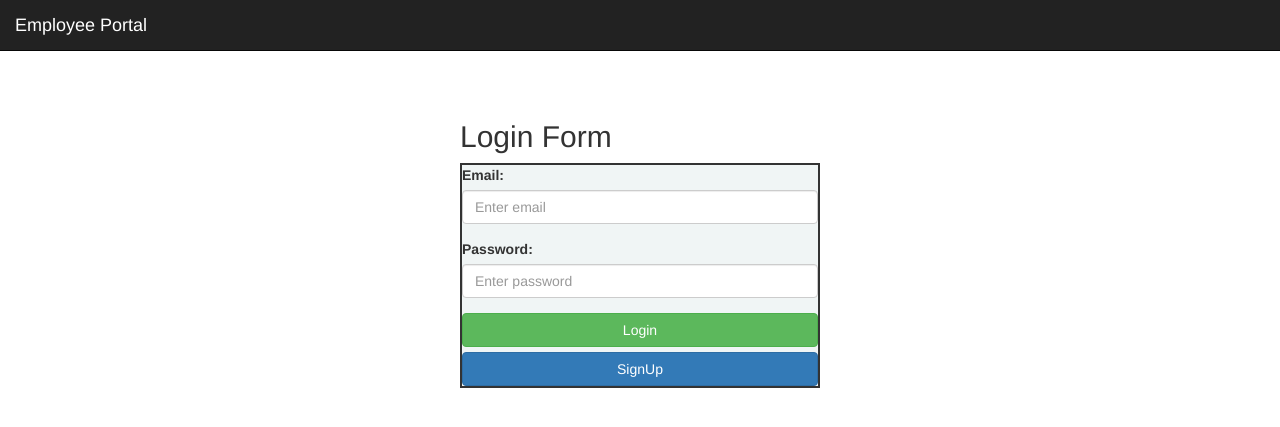
Repository: jagdishpatil18/JavaAdv
Page: http://localhost/EmployeePortal/
An editor plug-in stored every save of this project. The page is shown before and after the next save, followed by the edit.
The browser window is 1280 px wide. The pictures show the whole page.
Some web libraries are served in a nearby version. The page is served by Tomcat 9. Other server files are loaded and not shown.

Above is the page before, as saved 2017-05-26 04:53:42.

### EmployeePortal/EmployeePortal/WebContent/Newlogin.jsp
<%@ page language="java" contentType="text/html; charset=UTF-8"
    pageEncoding="UTF-8"%>


<%@ include file = "header.jsp" %>
<!DOCTYPE html PUBLIC "-//W3C//DTD HTML 4.01 Transitional//EN" "http://www.w3.org/TR/html4/loose.dtd">
<html>
<head>


<!-- jQuery library -->
<script src="https://ajax.googleapis.com/ajax/libs/jquery/3.2.1/jquery.min.js"></script>

<!-- Latest compiled JavaScript -->
<script src="https://maxcdn.bootstrapcdn.com/bootstrap/3.3.7/js/bootstrap.min.js"></script>


<script type="text/javascript">

function validatelogin()
{

    var email = document.getElementById('email');
    var filter = /^([a-zA-Z0-9_\.\-])+\@(([a-zA-Z0-9\-])+\.)+([a-zA-Z0-9]{2,4})+$/;

    var password=document.getElementById('pwd');
	var pass=password.value;

    if(!filter.test(email.value))
    {
    	alert("Enter valid Email");
    	return false;
    }


 	if(pass=="" || pass==null )
  	{
		 alert("Enter Password correctly");
		 return false;
     }
}
</script>

</head>
<style>
.container{

margin-top: 100px;

}
.formlogin{
border:2px solid;
background-color:#f0f5f5 ;
}
</style>
<body>
<% if((Integer) session.getAttribute("userid")==null) {%>
<div class="container" 	>
<div class="row">
<div class="col-lg-4 col-md-3 col-sm-2">
</div>
<div class="col-lg-4 col-md-6 col-sm-8">
  <h2 id="h2login">Login Form</h2>
  <form role="form" action="LoginServlet" method="Post" class="formlogin">
    <div class="form-group">
      <label for="email" >Email:</label>
      <input type="email" class="form-control" id="email" placeholder="Enter email" name="email">
    </div>
    <div class="form-group">
      <label for="pwd">Password:</label>
      <input type="password" class="form-control" id="pwd" placeholder="Enter password" name="password">
    </div>

    <input id="sublog" type="submit" value="Login" onclick="return validatelogin()"  class="btn btn-success btn-block" >
	<button   formaction="Preuserreg" class="btn btn-primary btn-block">SignUp</button>
  </form>
</div>
</div>
<div class="col-lg-4 col-md-3 col-sm-2">
</div>
</div>
<% }else{ response.sendRedirect("Employee");} %>

</body>
</html>

### EmployeePortal/EmployeePortal/WebContent/header.jsp
<%@ page language="java" contentType="text/html; charset=UTF-8"
    pageEncoding="UTF-8"%>
<!DOCTYPE html PUBLIC "-//W3C//DTD HTML 4.01 Transitional//EN" "http://www.w3.org/TR/html4/loose.dtd">
<html>
<head>
<meta http-equiv="Content-Type" content="text/html; charset=UTF-8">
 <meta name="viewport" content="width=device-width, initial-scale=1">

<title>EmployeePortal</title>
<link rel="stylesheet" href="https://maxcdn.bootstrapcdn.com/bootstrap/3.3.7/css/bootstrap.min.css">

<!-- jQuery library -->
<script src="https://ajax.googleapis.com/ajax/libs/jquery/3.2.1/jquery.min.js"></script>

<!-- Latest compiled JavaScript -->
<script src="https://maxcdn.bootstrapcdn.com/bootstrap/3.3.7/js/bootstrap.min.js"></script>


</head>
<body>
	<nav class="navbar navbar-inverse navbar-fixed-top">
	<div class="container-fluid">
		<div class="navbar-header">
			<a class="navbar-brand" >Employee Portal</a>
		</div>
		<ul class="nav navbar-nav">
			<%if(session.getAttribute("userid")!=null) {%>
			<li><a href="EmployeeDetails">EmployeeDetails</a></li>
			<%} %>



		</ul>

		<ul class="nav navbar-nav navbar-right">
			<%-- <%if(session.getAttribute("userid")==null){ %>
			<li><a href="signup"><span class="glyphicon glyphicon-user"></span>Sign Up</a></li>

			<%} %>
			<%if(session.getAttribute("userid")==null){ %>
			<li><a href="login"><span class="glyphicon glyphicon-log-in"></span>Login</a></li>
			<%} %> --%>

			<%if(session.getAttribute("userid")!=null){%>
			<li class="hli" style="float: right "><form action="Logout" method="post"  class="logout">
<input id="hlogout" type="submit" value="Logout" class="btn btn-primary"> 			<% }%>
		</ul>
	</div>
	</nav>
</body>

### EmployeePortal/EmployeePortal/src/com/bridgelab/employeeportal/Prelogin.java
package com.bridgelab.employeeportal;

import java.io.IOException;
import java.io.PrintWriter;

import javax.servlet.ServletException;
import javax.servlet.annotation.WebServlet;
import javax.servlet.http.HttpServlet;
import javax.servlet.http.HttpServletRequest;
import javax.servlet.http.HttpServletResponse;
import javax.servlet.http.HttpSession;


@WebServlet("/Prelogin")
public class Prelogin extends HttpServlet {
	private static final long serialVersionUID = 1L;

	protected void doGet(HttpServletRequest request, HttpServletResponse response) throws ServletException, IOException
	{
		response.setContentType("text/html");
		PrintWriter printWriter=response.getWriter();
//		response.getWriter().append("Served at: ").append(request.getContextPath());
	    request.getRequestDispatcher("Newlogin.jsp").forward(request, response);
//		response.sendRedirect("Login.jsp");
	}



}

After the next save:
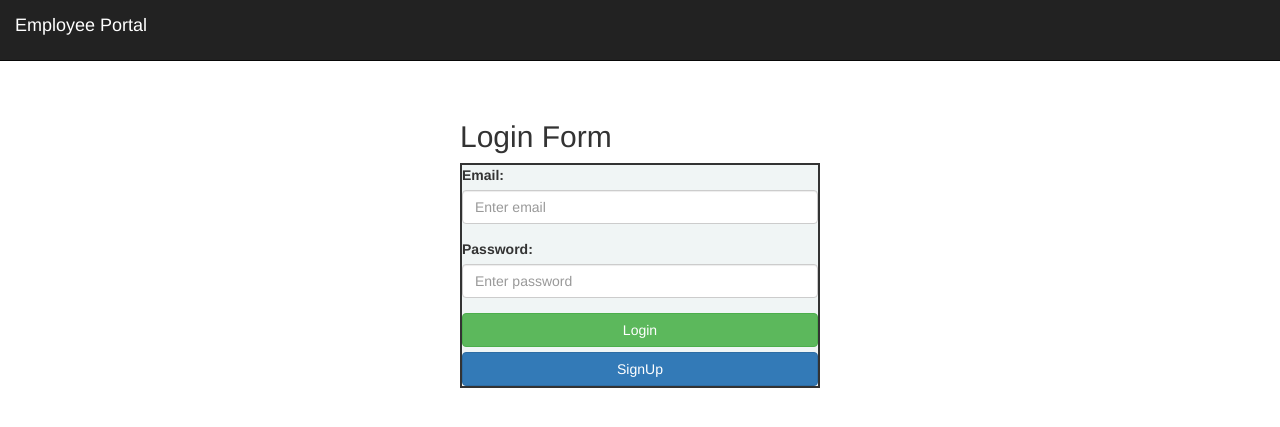
Saved 2 min 45 s later.
--- a/EmployeePortal/EmployeePortal/WebContent/header.jsp
+++ b/EmployeePortal/EmployeePortal/WebContent/header.jsp
@@ -21,7 +21,7 @@
 	<nav class="navbar navbar-inverse navbar-fixed-top">
 	<div class="container-fluid">
 		<div class="navbar-header">
-			<a class="navbar-brand" >Employee Portal</a>
+			<p class="navbar-brand" >Employee Portal</p>
 		</div>
 		<ul class="nav navbar-nav">
 			<%if(session.getAttribute("userid")!=null) {%>

After the save that followed:
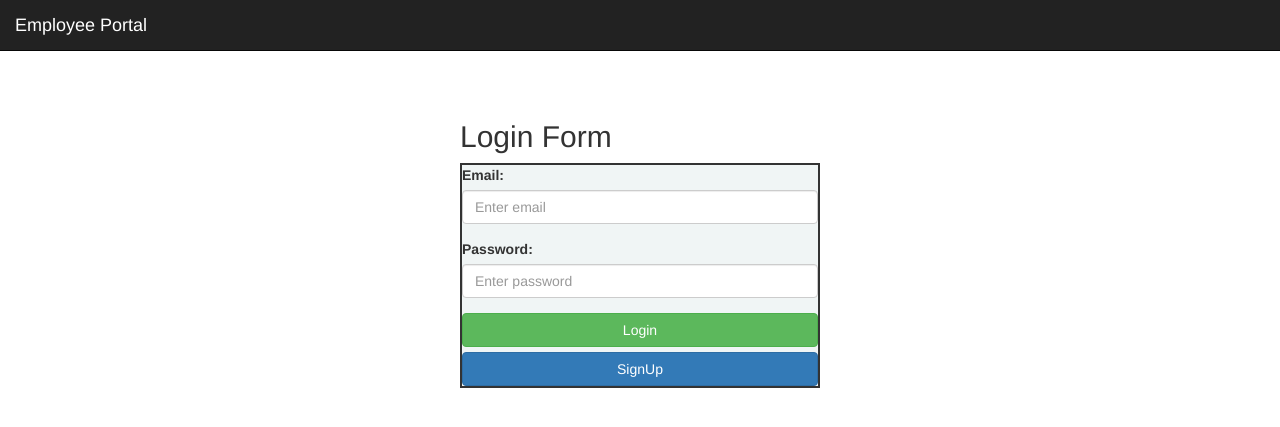
Saved 16 s later.
--- a/EmployeePortal/EmployeePortal/WebContent/header.jsp
+++ b/EmployeePortal/EmployeePortal/WebContent/header.jsp
@@ -21,7 +21,7 @@
 	<nav class="navbar navbar-inverse navbar-fixed-top">
 	<div class="container-fluid">
 		<div class="navbar-header">
-			<p class="navbar-brand" >Employee Portal</p>
+			<a class="navbar-brand" >Employee Portal</a>
 		</div>
 		<ul class="nav navbar-nav">
 			<%if(session.getAttribute("userid")!=null) {%>
